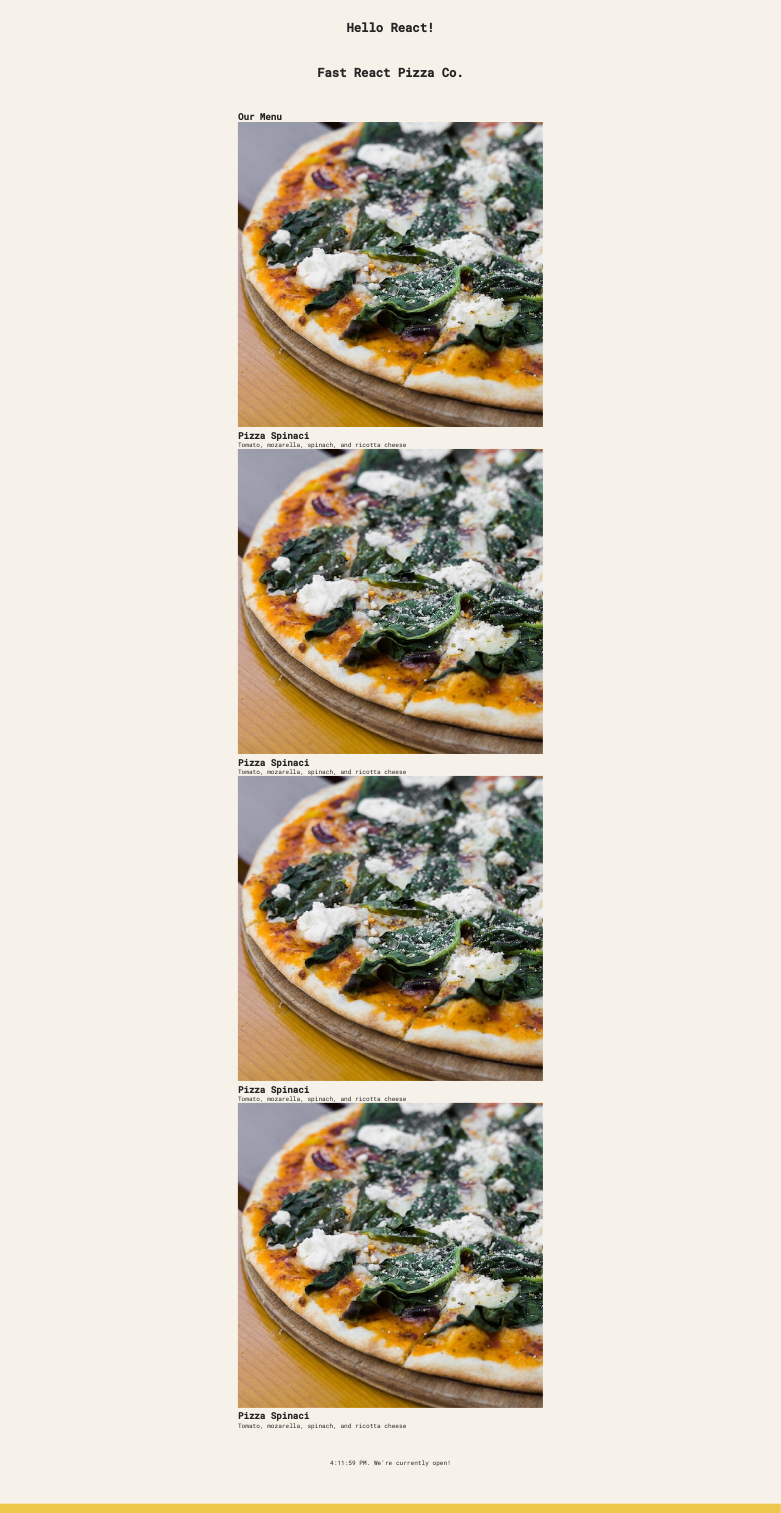
Repository: Alphosmart/03_pizza-menu
Page: /
The author's editor kept a copy of each file at every save. The page is drawn from the files as they stood at one save, then again after the next save.
The browser window is 1280 px wide. The pictures show the whole page, at 61% of full size.
The project was rebuilt for these pictures with package versions that can differ from the ones it lists, and the page was loaded fresh each time.

Above is the page before, as saved 2024-05-27 19:25:53.

### src/index.js
import React from "react";
import ReactDOM from "react-dom/client";
import "./index.css";

const pizzaData = [
  {
    name: "Focaccia",
    ingredients: "Bread with italian olive oil and rosemary",
    price: 6,
    photoName: "pizzas/focaccia.jpg",
    soldOut: false,
  },
  {
    name: "Pizza Margherita",
    ingredients: "Tomato and mozarella",
    price: 10,
    photoName: "pizzas/margherita.jpg",
    soldOut: false,
  },
  {
    name: "Pizza Spinaci",
    ingredients: "Tomato, mozarella, spinach, and ricotta cheese",
    price: 12,
    photoName: "pizzas/spinaci.jpg",
    soldOut: false,
  },
  {
    name: "Pizza Funghi",
    ingredients: "Tomato, mozarella, mushrooms, and onion",
    price: 12,
    photoName: "pizzas/funghi.jpg",
    soldOut: false,
  },
  {
    name: "Pizza Salamino",
    ingredients: "Tomato, mozarella, and pepperoni",
    price: 15,
    photoName: "pizzas/salamino.jpg",
    soldOut: true,
  },
  {
    name: "Pizza Prosciutto",
    ingredients: "Tomato, mozarella, ham, aragula, and burrata cheese",
    price: 18,
    photoName: "pizzas/prosciutto.jpg",
    soldOut: false,
  },
];

function App() {
  return (
    <div className="container">
      <h1>Hello React!</h1>
      <Header />
      <Menu />
      <Footer />
    </div>
  );
}

function Header() {
  // const style = { color: "red", fontSize: "48px", textTransform: "Uppercase" };
  const style = {};
  return (
    <header>
      <h1 style={style} className="header">
        Fast React Pizza Co.
      </h1>
    </header>
  );
}

function Menu() {
  return (
    <div>
      <h2>Our Menu</h2>
      <Pizza />
      <Pizza />
      <Pizza />
      <Pizza />
    </div>
  );
}

function Footer() {
  const hour = new Date().getHours();
  const openHour = 12;
  const closeHour = 22;
  const isOpen = hour >= openHour && hour <= closeHour;
  console.log(isOpen);
  // if (hour >= openHour && hour <= closeHour) alert("We're currently open!");
  // else alert("Sorry We're closed!");
  return (
    <footer>{new Date().toLocaleTimeString()}. We're currently open!</footer>
  );

  // return React.createElement("footer", null, "We're currently open!");
}

function Pizza() {
  return (
    <div>
      <img src="pizzas/spinaci.jpg" alt="Pizza spinaci" />
      <h2>Pizza Spinaci</h2>
      <p>Tomato, mozarella, spinach, and ricotta cheese</p>
    </div>
  );
}

// React v18
const root = ReactDOM.createRoot(document.getElementById("root"));
root.render(
  <React.StrictMode>
    <App />
  </React.StrictMode>
); // or root.render<App />);

//React before v18
// React.render(<App />, document.getElementById("root"));

Loaded but not shown: public/index.html (common file); src/index.css (common file)

After the next save:
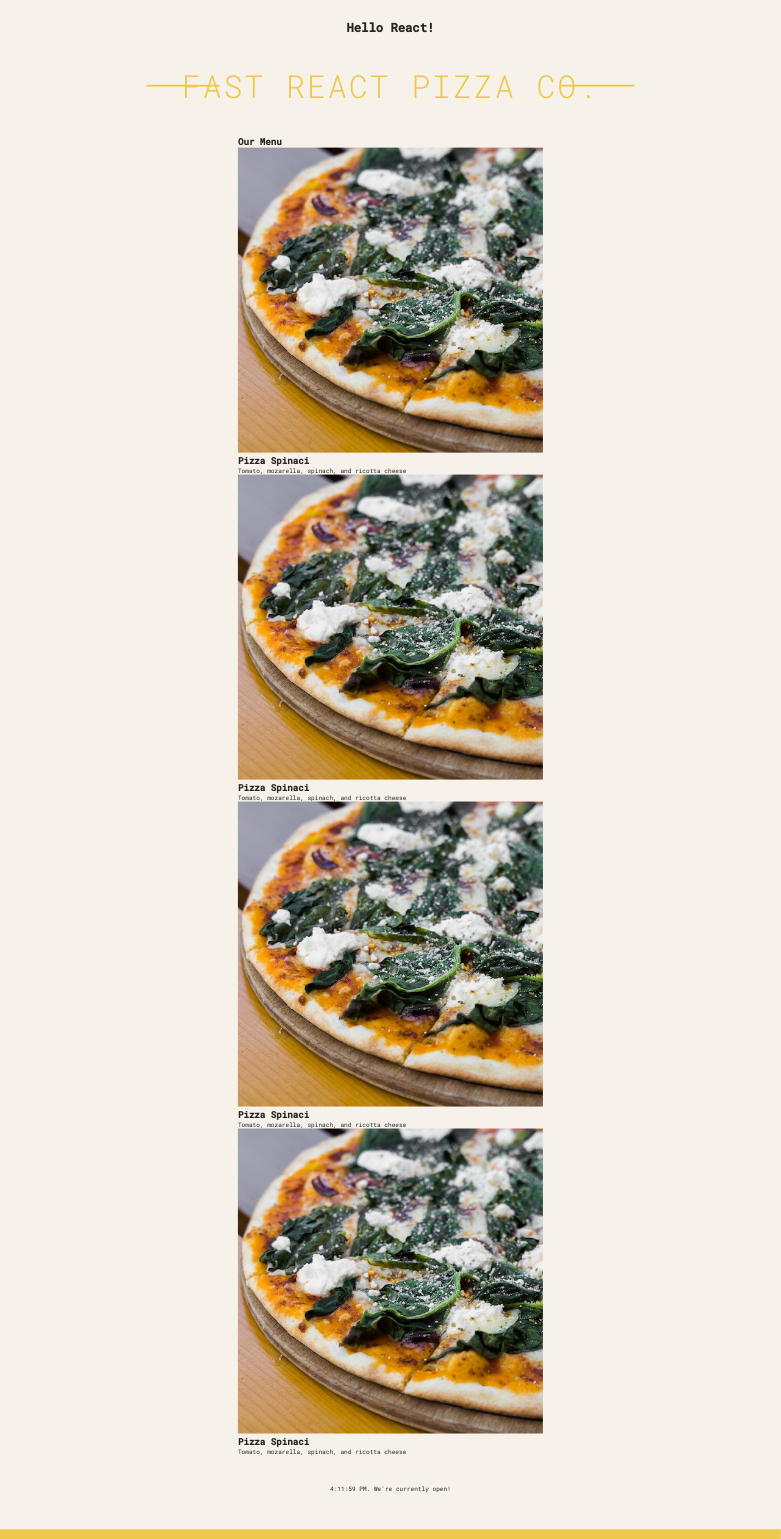
Saved 73 s later.
--- a/src/index.js
+++ b/src/index.js
@@ -62,10 +62,8 @@ function Header() {
   // const style = { color: "red", fontSize: "48px", textTransform: "Uppercase" };
   const style = {};
   return (
-    <header>
-      <h1 style={style} className="header">
-        Fast React Pizza Co.
-      </h1>
+    <header className="header">
+      <h1 style={style}>Fast React Pizza Co.</h1>
     </header>
   );
 }
